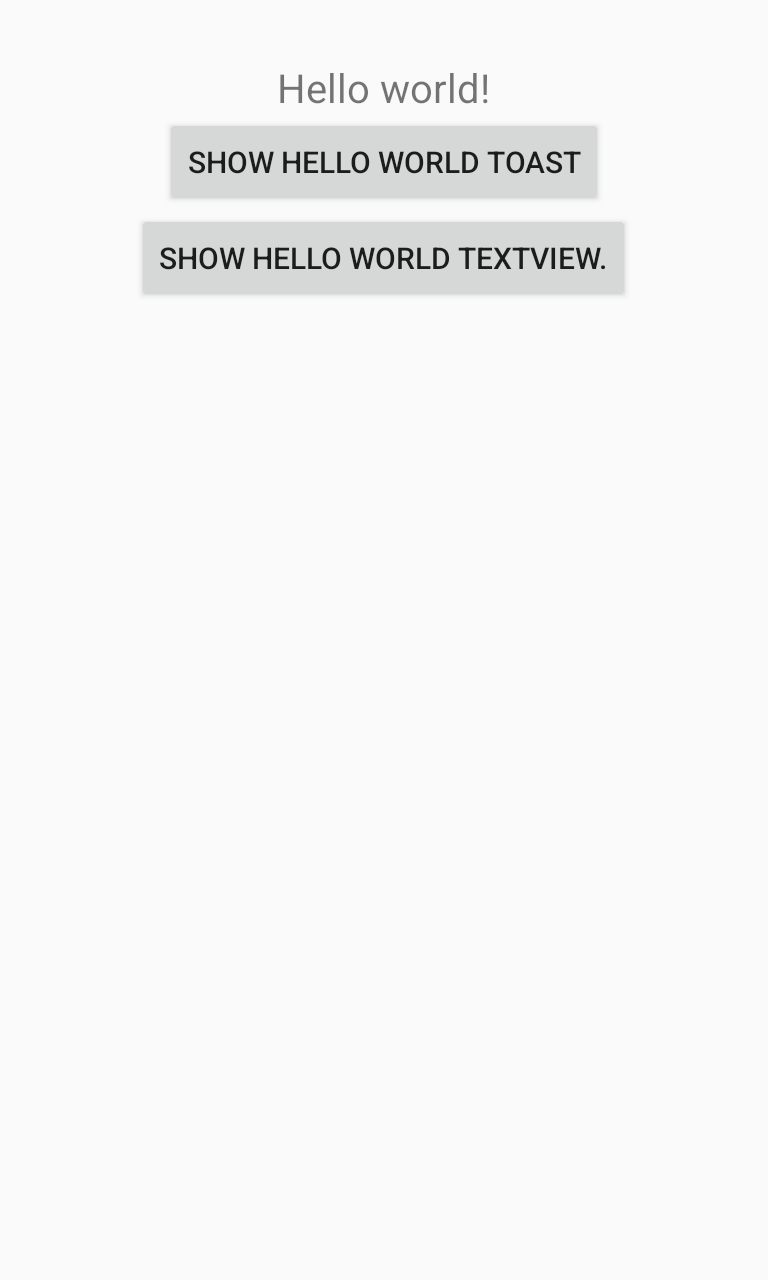
Repository: JoanneCaroll/EventHandling
Layout: EventHandling/res/layout/activity_main.xml
The author's editor kept a copy of each file at every save. The layout is drawn from the files as they stood at one save, then again after the next save.
It is drawn on a 768 x 1280 px phone screen (xhdpi) without system bars, with theme AppTheme; the app's code is not run.

Above is the layout before, as saved 2014-10-28 07:11:32.

### EventHandling/res/layout/activity_main.xml
<LinearLayout xmlns:android="http://schemas.android.com/apk/res/android"
    xmlns:tools="http://schemas.android.com/tools"
    android:layout_width="match_parent"
    android:layout_height="match_parent"
    android:orientation="vertical"
    android:layout_gravity="center"
    android:padding="30dp">


        <TextView
            android:layout_gravity="center"
            android:id="@+id/hello_world"
            android:layout_width="wrap_content"
            android:layout_height="wrap_content"
            android:text="@string/hello_world"
            android:textSize="20dp" />

       <Button
           	android:layout_gravity="center"
	        android:id="@+id/showToast"
	        android:layout_width="wrap_content"
	        android:layout_height="wrap_content"
	        android:text="@string/showToast"
	        android:textSize="15dp"/>

       <Button
           android:layout_gravity="center"
           android:id="@+id/showText"
           android:layout_width="wrap_content"
           android:layout_height="wrap_content"
           android:text="@string/show"
           android:textSize="15dp" />

</LinearLayout>

### EventHandling/res/values/strings.xml
<?xml version="1.0" encoding="utf-8"?>
<resources>

    <string name="app_name">EventHandling</string>
    <string name="hello_world">Hello world!</string>
    <string name="show">Show Hello World TextView.</string>
	<string name="showToast">Show Hello World Toast</string>
	<string name="action_settings">Menu</string>
</resources>

Loaded but not shown: EventHandling/res/values/styles.xml (common file); EventHandling/res/values-v11/styles.xml (common file); EventHandling/res/values-v14/styles.xml (common file)

After the next save:
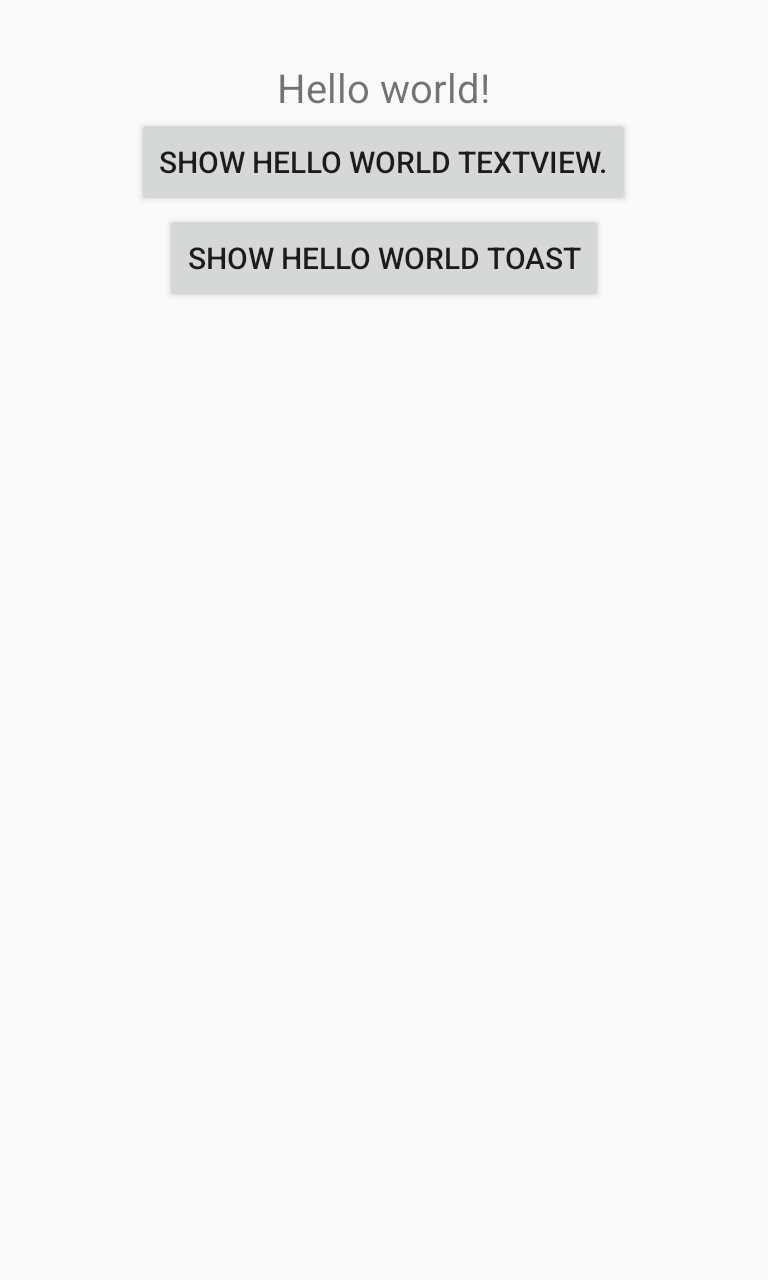
Saved 104 s later.
--- a/EventHandling/res/layout/activity_main.xml
+++ b/EventHandling/res/layout/activity_main.xml
@@ -15,13 +15,6 @@
             android:text="@string/hello_world"
             android:textSize="20dp" />
 
-       <Button
-           	android:layout_gravity="center"
-	        android:id="@+id/showToast"
-	        android:layout_width="wrap_content"
-	        android:layout_height="wrap_content"
-	        android:text="@string/showToast"
-	        android:textSize="15dp"/>
 
        <Button
            android:layout_gravity="center"
@@ -31,4 +24,12 @@
            android:text="@string/show"
            android:textSize="15dp" />
 
+       <Button
+           	android:layout_gravity="center"
+	        android:id="@+id/showToast"
+	        android:layout_width="wrap_content"
+	        android:layout_height="wrap_content"
+	        android:text="@string/showToast"
+	        android:textSize="15dp"/>
+
 </LinearLayout>
